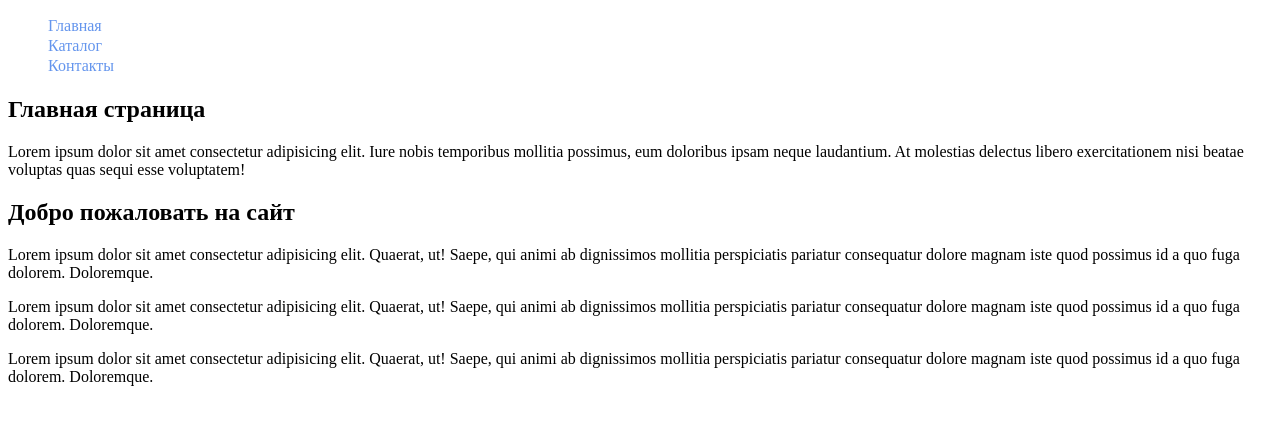
Repository: Alekseiy1980/Catalog
Page: index.html
An editor plug-in stored every save of this project. The page is shown before and after the next save, followed by the edit.
The browser window is 1280 px wide. The pictures show the whole page.

Above is the page before, as saved 2024-01-13 16:41:50.

### index.html
<!DOCTYPE html>
<html lang="ru">
<head>
    <meta charset="UTF-8">
    <meta name="viewport" content="width=device-width, initial-scale=1.0">
    <link rel="stylesheet" href="css/style.css">
    <title>Document</title>
</head>
<body>
    <nav class="conteiner">
        <div class="menu">
            <ul class="menu_list">
                <li class="menu_item">
                    <a class="menu_limk" href="#">Главная</a>
                </li>
                <li class="menu_item">
                    <a class="menu_limk" href="/catalog/catalog.html">Каталог</a>
                </li>
                <li class="menu_item">
                    <a class="menu_limk" href="contacts.html">Контакты</a>
                </li>
            </ul>
        </div>
    </nav>


    <section class="comteiner" >
        <h1 class="conteiner_title">Главная страница</h1>
        <p class="text">Lorem ipsum dolor sit amet consectetur adipisicing elit. Iure nobis temporibus mollitia possimus, eum doloribus ipsam neque laudantium. At molestias delectus libero exercitationem nisi beatae voluptas quas sequi esse voluptatem!</p>

    </section>

   <h2>Добро пожаловать на сайт</h2>
    <p>Lorem ipsum dolor sit amet consectetur adipisicing elit. Quaerat, ut! Saepe, qui animi ab dignissimos mollitia perspiciatis pariatur consequatur dolore magnam iste quod possimus id a quo fuga dolorem. Doloremque.</p>
    <p>Lorem ipsum dolor sit amet consectetur adipisicing elit. Quaerat, ut! Saepe, qui animi ab dignissimos mollitia perspiciatis pariatur consequatur dolore magnam iste quod possimus id a quo fuga dolorem. Doloremque.</p>
    <p>Lorem ipsum dolor sit amet consectetur adipisicing elit. Quaerat, ut! Saepe, qui animi ab dignissimos mollitia perspiciatis pariatur consequatur dolore magnam iste quod possimus id a quo fuga dolorem. Doloremque.</p>
</body>
</html>

### css/style.css
img{
    width: 300px;
}

.menu_list{
    list-style: none;
}

.menu_limk{
    text-decoration:none;
    color: cornflowerblue;
	font-size: 16px;
	line-height: 20px;

}

.conteiner_title{

⦁	    color: #222222;
⦁	    font-size: 28px;
⦁	    line-height: 36px;
⦁	    font-weight: bold
}

After the next save:
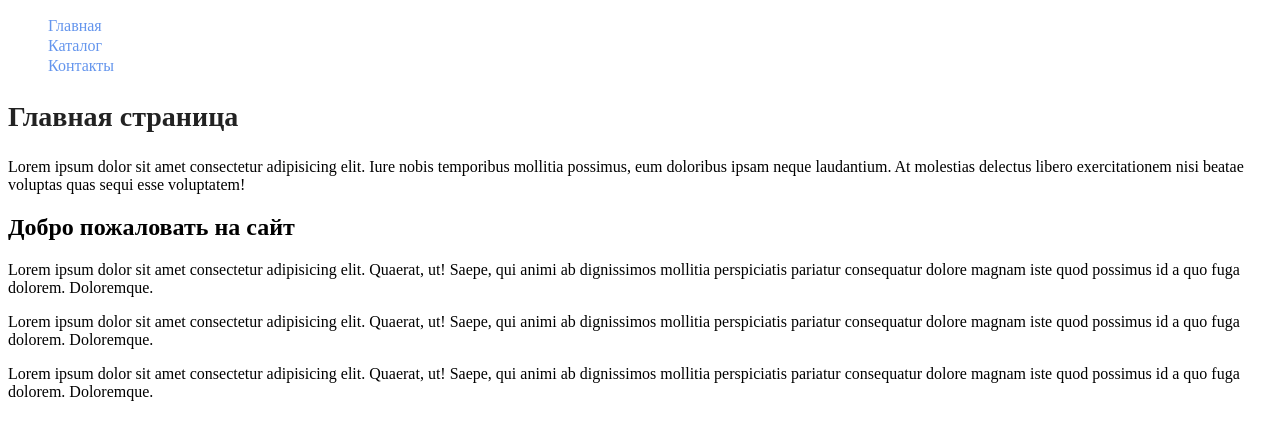
Saved 32 s later.
--- a/css/style.css
+++ b/css/style.css
@@ -16,8 +16,8 @@
 
 .conteiner_title{
 
-⦁	    color: #222222;
-⦁	    font-size: 28px;
-⦁	    line-height: 36px;
-⦁	    font-weight: bold
+	color: #222222;
+	font-size: 28px;
+	line-height: 36px;
+	font-weight: bold
 }

After the save that followed:
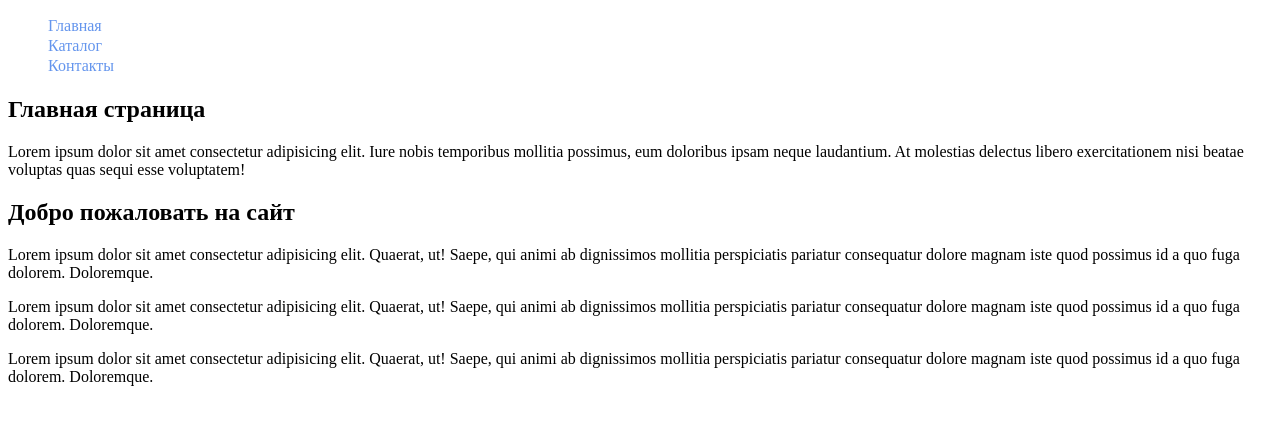
Saved 55 s later.
--- a/css/style.css
+++ b/css/style.css
@@ -14,10 +14,10 @@
 
 }
 
-.conteiner_title{
+/* .conteiner_title{
 
 	color: #222222;
 	font-size: 28px;
 	line-height: 36px;
 	font-weight: bold
-}
+} */
